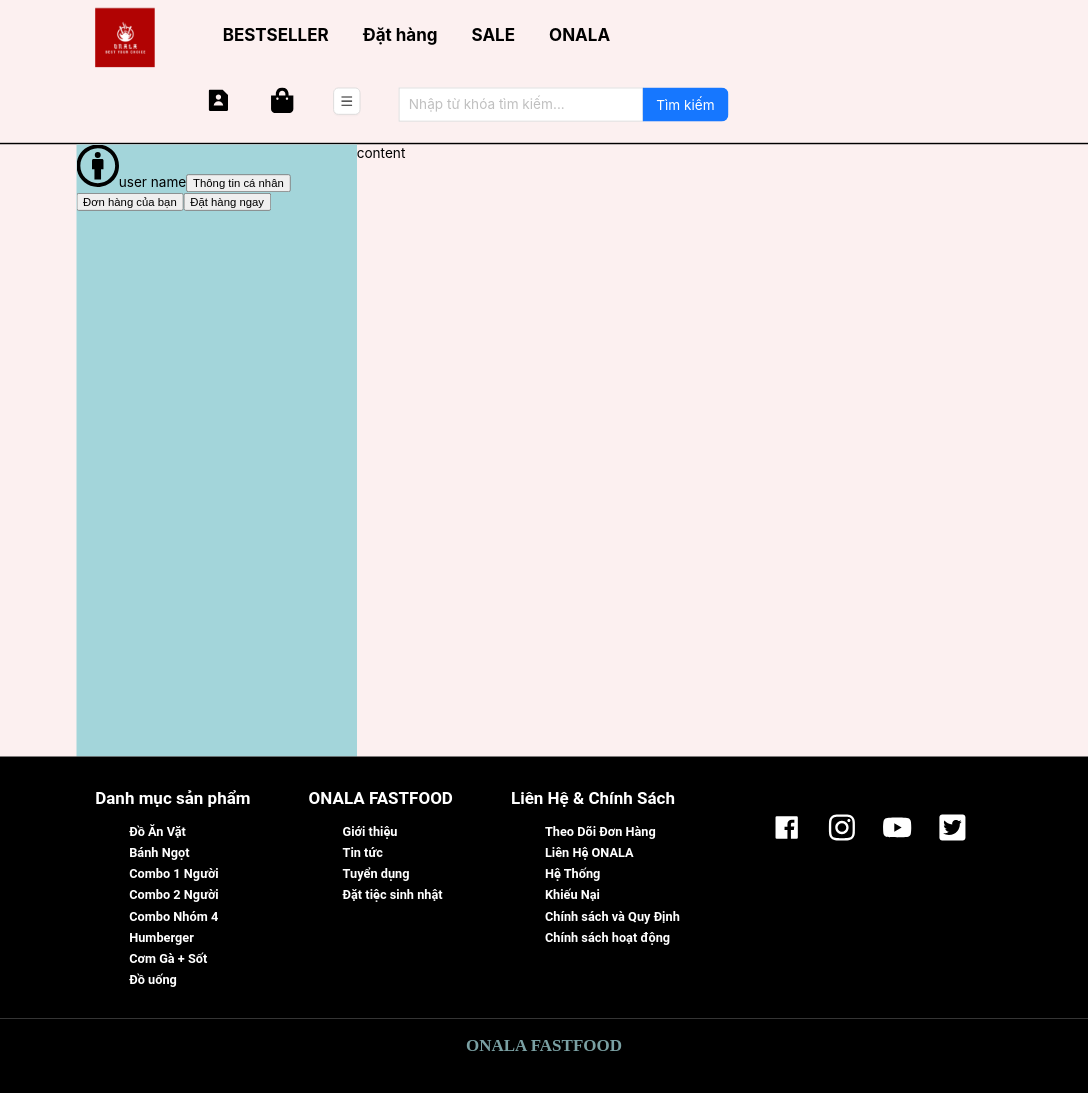
Repository: tranlan149/ONALA
Page: /account
These files come from the project's save history. The page is drawn as it stood at one moment and after the next save; the edit follows.
The browser window is 1280 px wide. The pictures show the whole page, at 85% of full size.
The project was rebuilt for these pictures with package versions that can differ from the ones it lists, and the page was loaded fresh each time. Also part of the build but not shown: src/Components/Search/Search.css, src/Pages/BestSeller/index.js, src/Pages/ONALA/index.js, src/Pages/Sale/index.js, src/Pages/Recommend/index.js, src/Pages/Register/RegisterForm.module.css, src/Pages/Register/index.js, src/Pages/Login/LoginForm.module.css and 12 more.

Above is the page before, as saved 2025-02-11 16:07:21.

After the next save:
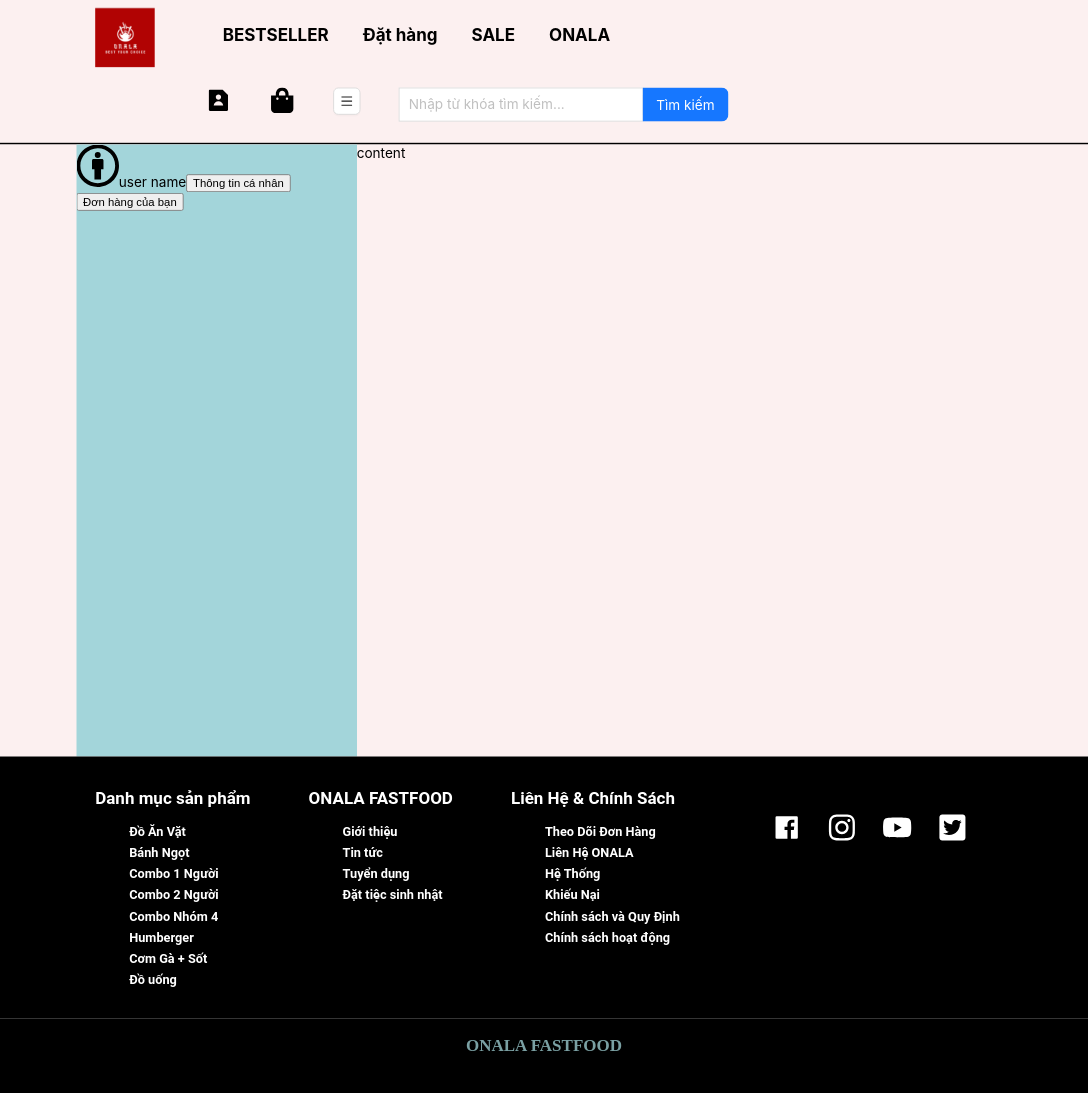
Saved 11 s later.
--- a/src/Pages/UserManagement/index.js
+++ b/src/Pages/UserManagement/index.js
@@ -13,7 +13,7 @@ function UserManagement() {
                     <button>Thông tin cá nhân</button>
 
                     <button>Đơn hàng của bạn</button>
-                    <button>Đặt hàng ngay</button>
+
 
                 </div>
 
